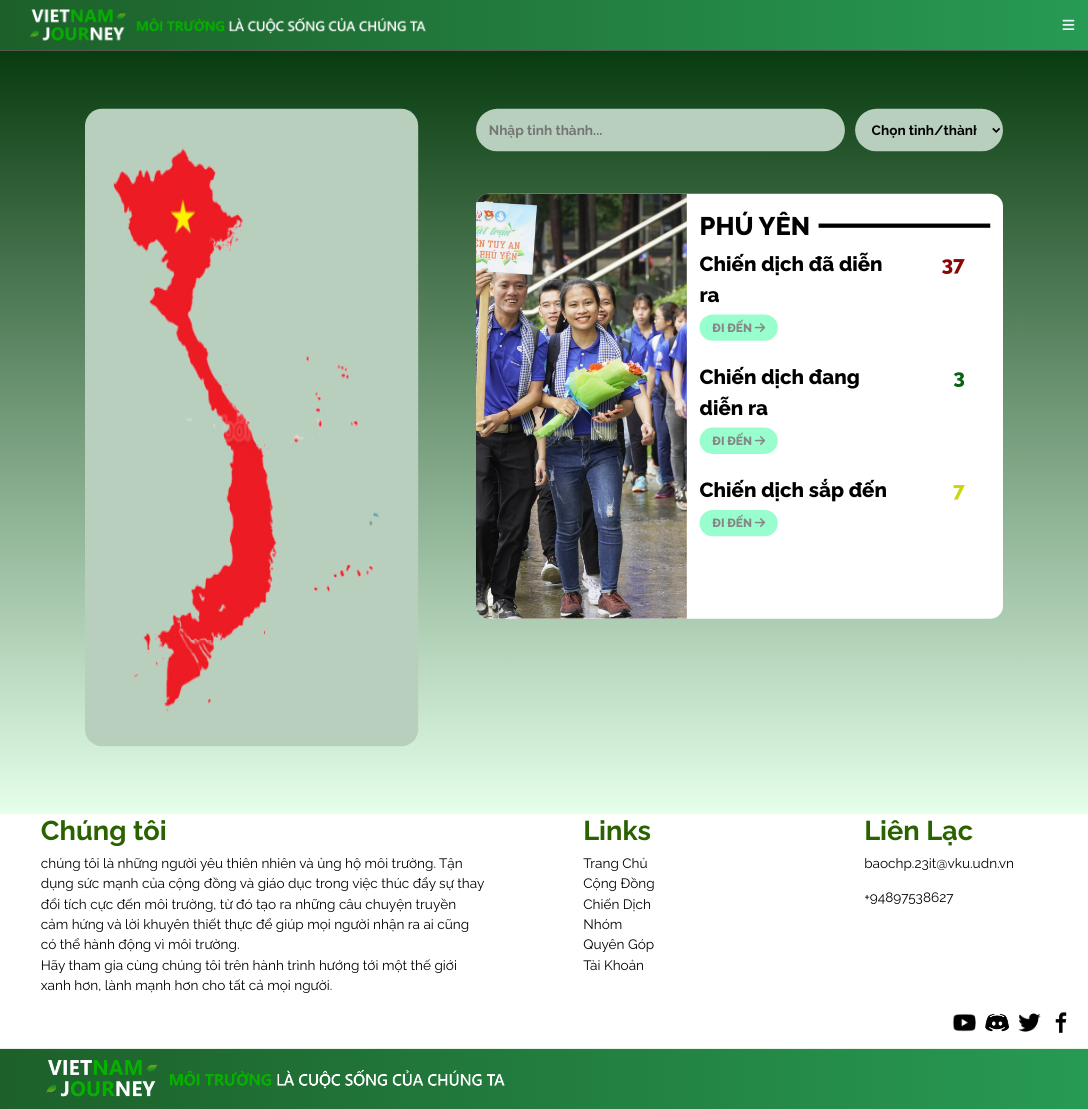
Repository: Boima12/Boima12.github.io_VietnamJourney
Page: HTML/ChienDich/ChienDich.html
The author's editor kept a copy of each file at every save. The page is drawn from the files as they stood at one save, then again after the next save.
The browser window is 1280 px wide. The pictures show the whole page, at 85% of full size.

Above is the page before, as saved 2024-05-25 08:36:27.

After the next save:
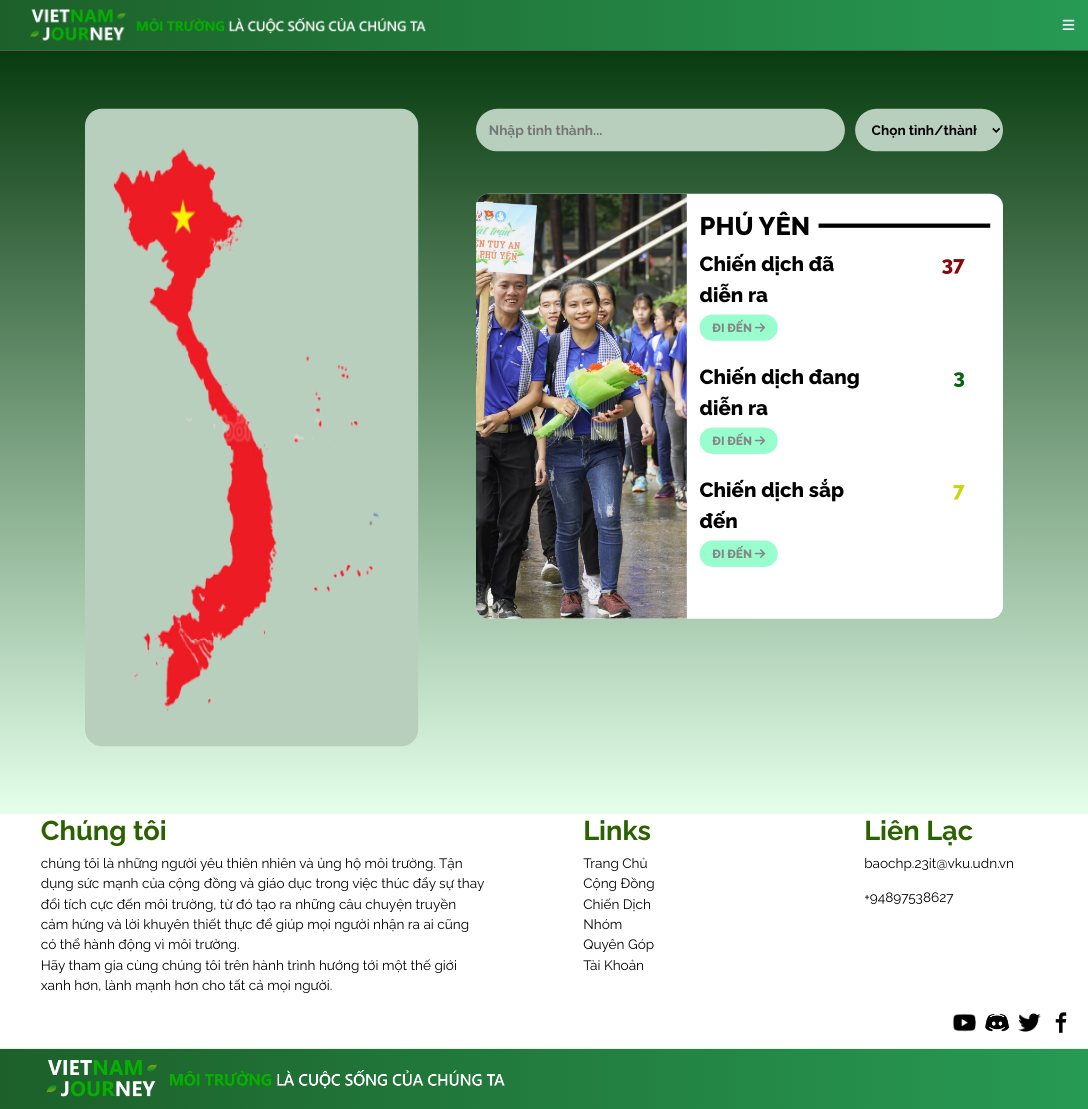
Saved 4 s later.
--- a/HTML/ChienDich/ChienDich.css
+++ b/HTML/ChienDich/ChienDich.css
@@ -255,7 +255,7 @@ header #sidebar div.sidebar-content i {
 }
 
 .right .content .inner-content {
-    width: 65%;
+    width: 60%;
     padding: 15px;
 }
 
